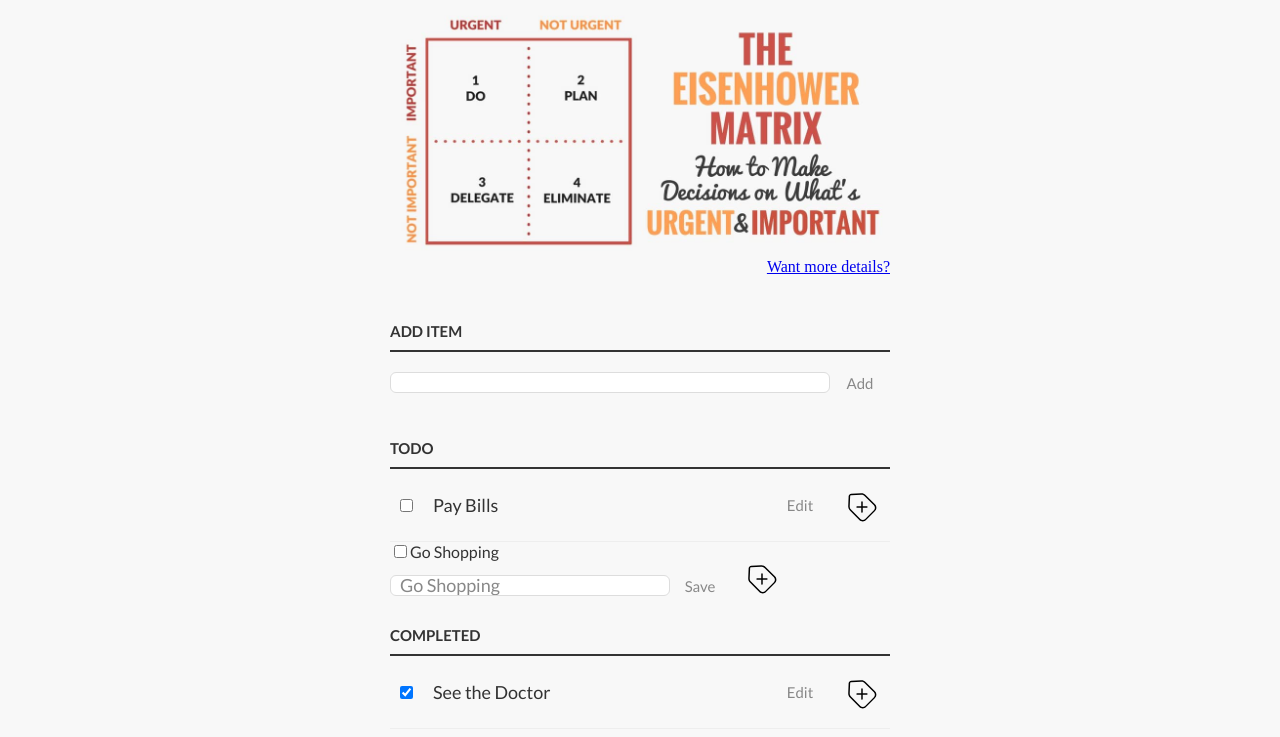
Repository: dev1siWoo/clean-code-s1e1
Page: index.html
These files come from the project's save history. The page is drawn as it stood at one moment and after the next save; the edit follows.
The browser window is 1280 px wide. The pictures show the whole page.

Above is the page before, as saved 2024-01-08 21:08:10.

### index.html
<html>
<head>
    <title>Todo App</title>
    <link href="https://fonts.googleapis.com/css?family=Lato:300,400,700" rel="stylesheet" type='text/css'>
    <link rel="stylesheet" href="style.css" type="text/css" media="screen" charset="utf-8">
</head>
<body>
    <div class="aaa">
        <img src="./eisenhower-matrix.jpg">
        <a class="more_inf" href="https://goal-life.com/page/method/matrix-eisenhower">Want more details&quest;</a>
    </div>
    <div class="centered-main-page-element">
        <p id="topSectionForAddingElementToList">
            <label for="new-task">Add Item</label>
            <div class="task-row-wrapper">
                <input id="new-task"class="task" type="text">
                <button>Add</button>
            </div>
        </p>
        <h3>Todo</h3>
        <ul id="incompleteTasks">
            <li>
                <input type="checkbox">
                <label class="task">Pay Bills</label>
                <input type="text" class="task">
                <button class="edit">Edit</button>
                <button class="delete">
                    <img src="./remove.svg">
                </button>
            </li>
    <lili li class="editMode"><input type="checkbox"><label class="task">Go Shopping</label><input type="text" value="Go Shopping" class="task"><button class="edit">Save</button><button class="delete"><img src="./remove.svg"></button></lili>
    </ul><h3>Completed</h3><ul id="completed-tasks"><li><input type="checkbox" checked><label class="task">See the Doctor</label><input type="text" class="task"><button class="edit">Edit</button><button class="delete"><img src="./remove.svg"></button>
    </li>
    </ul>
    </div>
<script type="text/javascript" SRC="app.js"></script>
</body>
</html>

### style.css
/* Basic Style */
body {
    background-color: #f8f8f8;
    color: #333;
    font-family: Lato, sans-serif;
}
.aaa {
    width: 500px;
    margin: 0 auto;
    display: block;
    text-align: right;
}
.aaa img {
    width: 100%;
}
.aaa .more_inf {
    font-family: fantasy, cursive;
}

@media (max-width:768px) {
.aaa { text-align: center;
}
}
.centered-main-page-element {
    display: block;
    width: 500px;
    margin: 0 auto 0;
}
.task {
    width: 56%;
    display: inline-block;
    flex-grow: 1
}
.task-row-wrapper {
    display: flex;
}
ul {
    margin:0;
    padding: 0px;
}
li, h3 {
    list-style:none;
}
input,button{
    outline:none;
}
button {
    background: none;
    border: 0px;
    color: #888;
    font-size: 15px;
    width: 60px;
    font-family: Lato, sans-serif;
    cursor: pointer;
}
button:hover {
    color: #3a3A3a;
}
/* Heading */
h3,
label[for='new-task'] {
    color: #333;
    font-weight: 700;
    font-size: 15px;
    border-bottom: 2px solid #333;
    padding: 30px 0 10px;
    margin: 0;
    text-transform: uppercase;
}
input[type="text"] {
    margin: 0;
    font-size: 18px;
    line-height: 18px;
    height: 21px;
    padding: 0 9px;
    border: 1px solid #dDd;
    background: #FFF;
    border-radius: 6px;
    font-family: Lato, sans-serif;
    color: #888;
}
input[type="text"]:focus {
    color: #333;
}

/* New Task */
label[for='new-task'] {
    display: block;
    margin: 0 0 20px;
}
input#new-task {
    width: 318px;
}

/* Task list */
li {
    overflow: hidden;
    padding: 20px 0;
    border-bottom: 1px solid #eee;

    display: flex;
    justify-content: space-between;
    align-items: center;
}
li > * {
    vertical-align: middle;
}

li > input[type="checkbox"] {
    margin: 0 10px;
}
li > label {
    padding-left: 10px;
    box-sizing: border-box;
    font-size: 18px;
    width: 226px;
}
li >    input[type="text"] {
    width: 226px
}
button.delete img {
    height: 2em;
    transform: rotateZ(45deg);
    transition: transform 200ms ease-in;
}
button.delete img:hover {
    transform: rotateZ(0);
}

/* Completed */
ul#completed-tasks label {
    text-decoration: line-through
    color: #888;
}

/* Edit Task */
ul li input[type=text] {
    display:none
}

ul li.editMode input[type=text] {
    display:inline-block;
    width:224px
}

ul li.editMode label {
    display:none;
}

### app.js
//Document is the DOM can be accessed in the console with document.window.
// Tree is from the top, html, body, p etc.

//Problem: User interaction does not provide the correct results.
//Solution: Add interactivity so the user can manage daily tasks.
//Break things down into smaller steps and take each step at a time.


// Event handling, user interaction is what starts the code execution.

var taskInput=document.getElementById("new-task");//Add a new task.
var addButton=document.getElementsByTagName("button")[0];//first button
var incompleteTaskHolder=document.getElementById("incompleteTasks");//ul of #incompleteTasks
var completedTasksHolder=document.getElementById("completed-tasks");//completed-tasks


//New task list item
var createNewTaskElement=function(taskString){

    var listItem=document.createElement("li");

    //input (checkbox)
    var checkBox=document.createElement("input");//checkbx
    //label
    var label=document.createElement("label");//label
    //input (text)
    var editInput=document.createElement("input");//text
    //button.edit
    var editButton=document.createElement("button");//edit button

    //button.delete
    var deleteButton=document.createElement("button");//delete button
    var deleteButtonImg=document.createElement("img");//delete button image

    label.innerText=taskString;
    label.className='task';

    //Each elements, needs appending
    checkBox.type="checkbox";
    editInput.type="text";
    editInput.className="task";

    editButton.innerText="Edit"; //innerText encodes special characters, HTML does not.
    editButton.className="edit";

    deleteButton.className="delete";
    deleteButtonImg.src='./remove.svg';
    deleteButton.appendChild(deleteButtonImg);


    //and appending.
    listItem.appendChild(checkBox);
    listItem.appendChild(label);
    listItem.appendChild(editInput);
    listItem.appendChild(editButton);
    listItem.appendChild(deleteButton);
    return listItem;
}



var addTask=function(){
    console.log("Add Task...");
    //Create a new list item with the text from the #new-task:
    if (!taskInput.value) return;
    var listItem=createNewTaskElement(taskInput.value);

    //Append listItem to incompleteTaskHolder
    incompleteTaskHolder.appendChild(listItem);
    bindTaskEvents(listItem, taskCompleted);

    taskInput.value="";

}

//Edit an existing task.

var editTask=function(){
    console.log("Edit Task...");
    console.log("Change 'edit' to 'save'");


    var listItem=this.parentNode;

    var editInput=listItem.querySelector('input[type=text]');
    var label=listItem.querySelector("label");
    var editBtn=listItem.querySelector(".edit");
    var containsClass=listItem.classList.contains("editMode");
    //If class of the parent is .editmode
    if(containsClass){

        //switch to .editmode
        //label becomes the inputs value.
        label.innerText=editInput.value;
        editBtn.innerText="Edit";
    }else{
        editInput.value=label.innerText;
        editBtn.innerText="Save";
    }

    //toggle .editmode on the parent.
    listItem.classList.toggle("editMode");
};


//Delete task.
var deleteTask=function(){
    console.log("Delete Task...");

    var listItem=this.parentNode;
    var ul=listItem.parentNode;
    //Remove the parent list item from the ul.
    ul.removeChild(listItem);

}


//Mark task completed
var taskCompleted=function(){
    console.log("Complete Task...");

    //Append the task list item to the #completed-tasks
    var listItem=this.parentNode;
    completedTasksHolder.appendChild(listItem);
    bindTaskEvents(listItem, taskIncomplete);

}


var taskIncomplete=function(){
    console.log("Incomplete Task...");
//Mark task as incomplete.
    //When the checkbox is unchecked
    //Append the task list item to the #incompleteTasks.
    var listItem=this.parentNode;
    incompleteTaskHolder.appendChild(listItem);
    bindTaskEvents(listItem,taskCompleted);
}



var ajaxRequest=function(){
    console.log("AJAX Request");
}

//The glue to hold it all together.


//Set the click handler to the addTask function.
addButton.onclick=addTask;
addButton.addEventListener("click",addTask);
addButton.addEventListener("click",ajaxRequest);


var bindTaskEvents=function(taskListItem,checkBoxEventHandler){
    console.log("bind list item events");
//select ListItems children
    var checkBox=taskListItem.querySelector("input[type=checkbox]");
    var editButton=taskListItem.querySelector("button.edit");
    var deleteButton=taskListItem.querySelector("button.delete");


    //Bind editTask to edit button.
    editButton.onclick=editTask;
    //Bind deleteTask to delete button.
    deleteButton.onclick=deleteTask;
    //Bind taskCompleted to checkBoxEventHandler.
    checkBox.onchange=checkBoxEventHandler;
}

//cycle over incompleteTaskHolder ul list items
//for each list item
for (var i=0; i<incompleteTaskHolder.children.length;i++){

    //bind events to list items chldren(tasksCompleted)
    bindTaskEvents(incompleteTaskHolder.children[i],taskCompleted);
}




//cycle over completedTasksHolder ul list items
for (var i=0; i<completedTasksHolder.children.length;i++){
    //bind events to list items chldren(tasksIncompleted)
    bindTaskEvents(completedTasksHolder.children[i],taskIncomplete);
}




// Issues with usability don't get seen until they are in front of a human tester.

//prevent creation of empty tasks.

//Change edit to save when you are in edit mode.

After the next save:
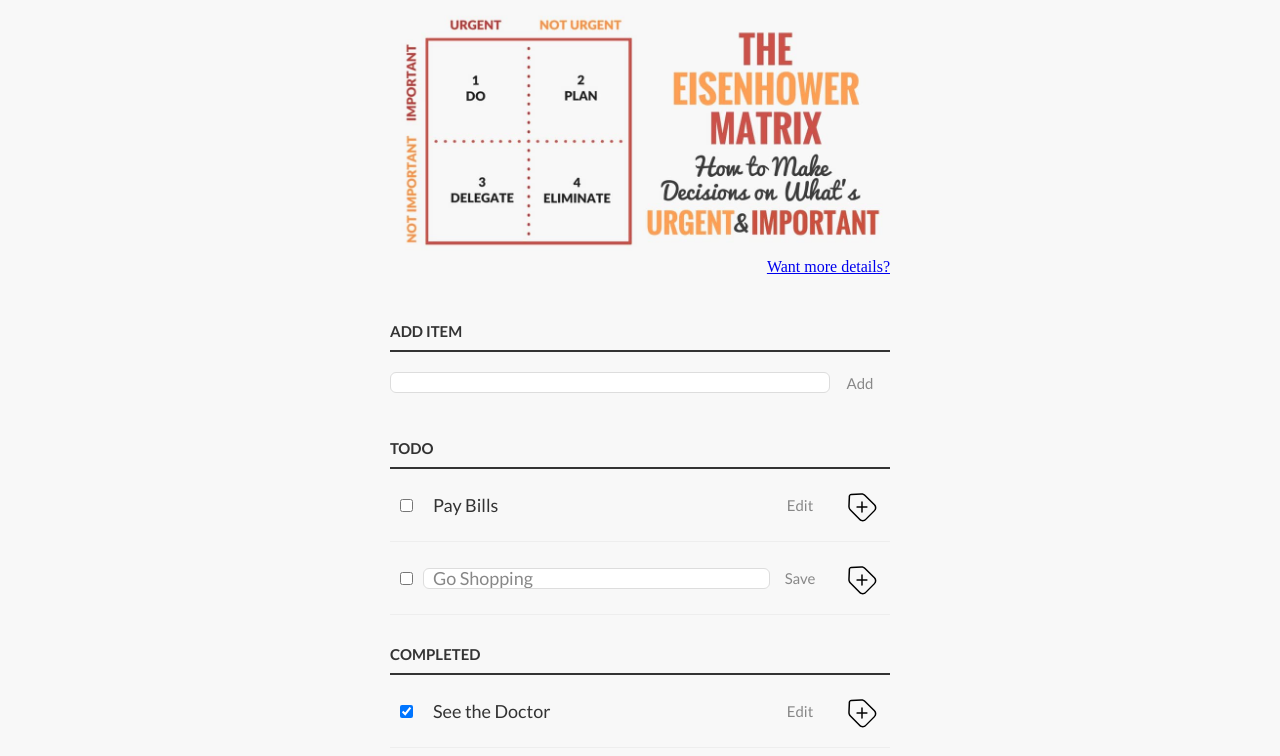
Saved 4 s later.
--- a/index.html
+++ b/index.html
@@ -28,7 +28,7 @@
                     <img src="./remove.svg">
                 </button>
             </li>
-    <lili li class="editMode"><input type="checkbox"><label class="task">Go Shopping</label><input type="text" value="Go Shopping" class="task"><button class="edit">Save</button><button class="delete"><img src="./remove.svg"></button></lili>
+    <li li class="editMode"><input type="checkbox"><label class="task">Go Shopping</label><input type="text" value="Go Shopping" class="task"><button class="edit">Save</button><button class="delete"><img src="./remove.svg"></button></li>
     </ul><h3>Completed</h3><ul id="completed-tasks"><li><input type="checkbox" checked><label class="task">See the Doctor</label><input type="text" class="task"><button class="edit">Edit</button><button class="delete"><img src="./remove.svg"></button>
     </li>
     </ul>
